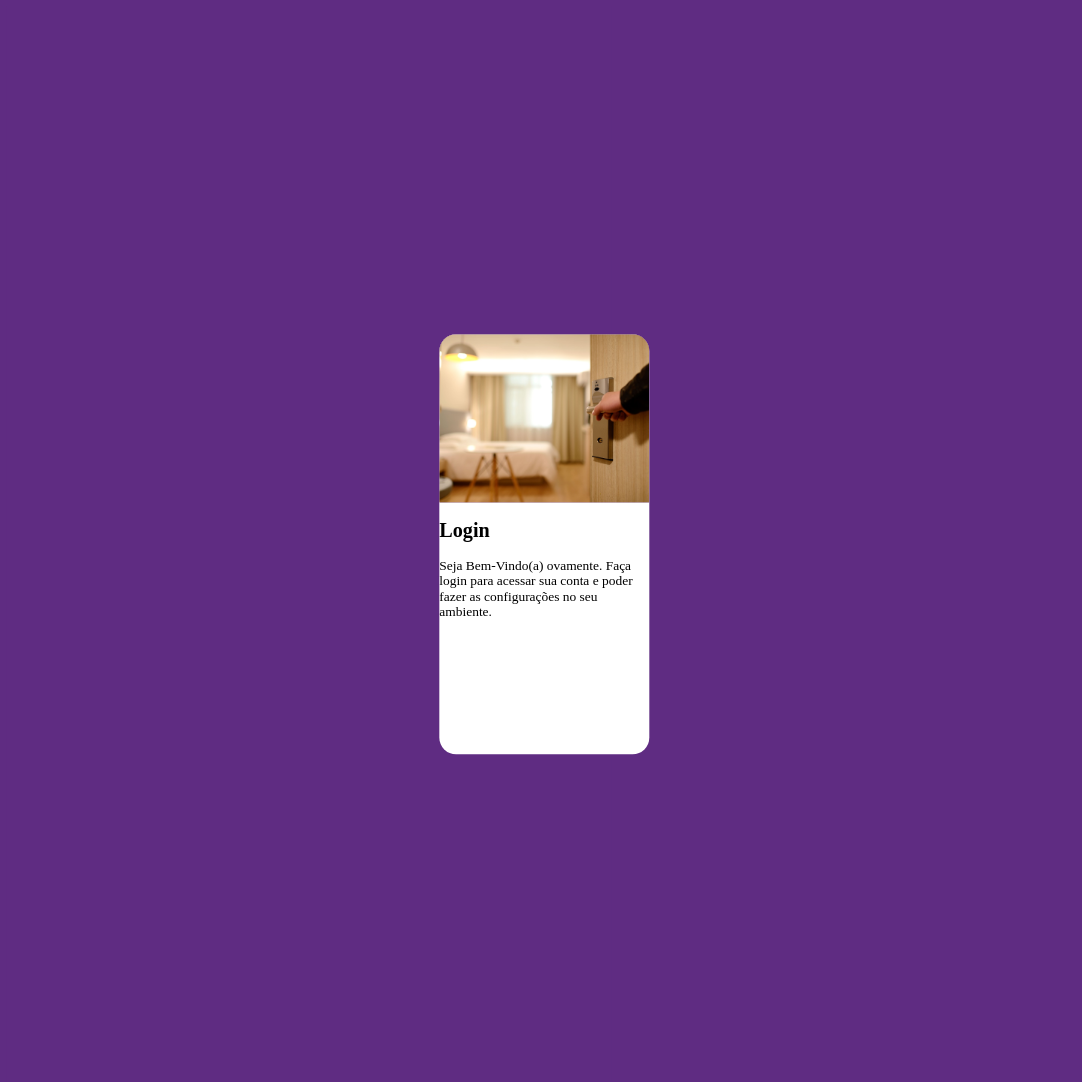
Repository: Guillermomarcon/Projeto-Login
Page: index.html
These files come from the project's save history. The page is drawn as it stood at one moment and after a run of saves; the edit follows.
The browser window is 1280 px wide. The page is 1288 px wide, so the pictures cover 1288 px, including what lies to the right of the window. The pictures show the whole page, at 84% of full size.

Above is the page before, as saved 2022-09-03 14:17:10.

After the next 6 saves:
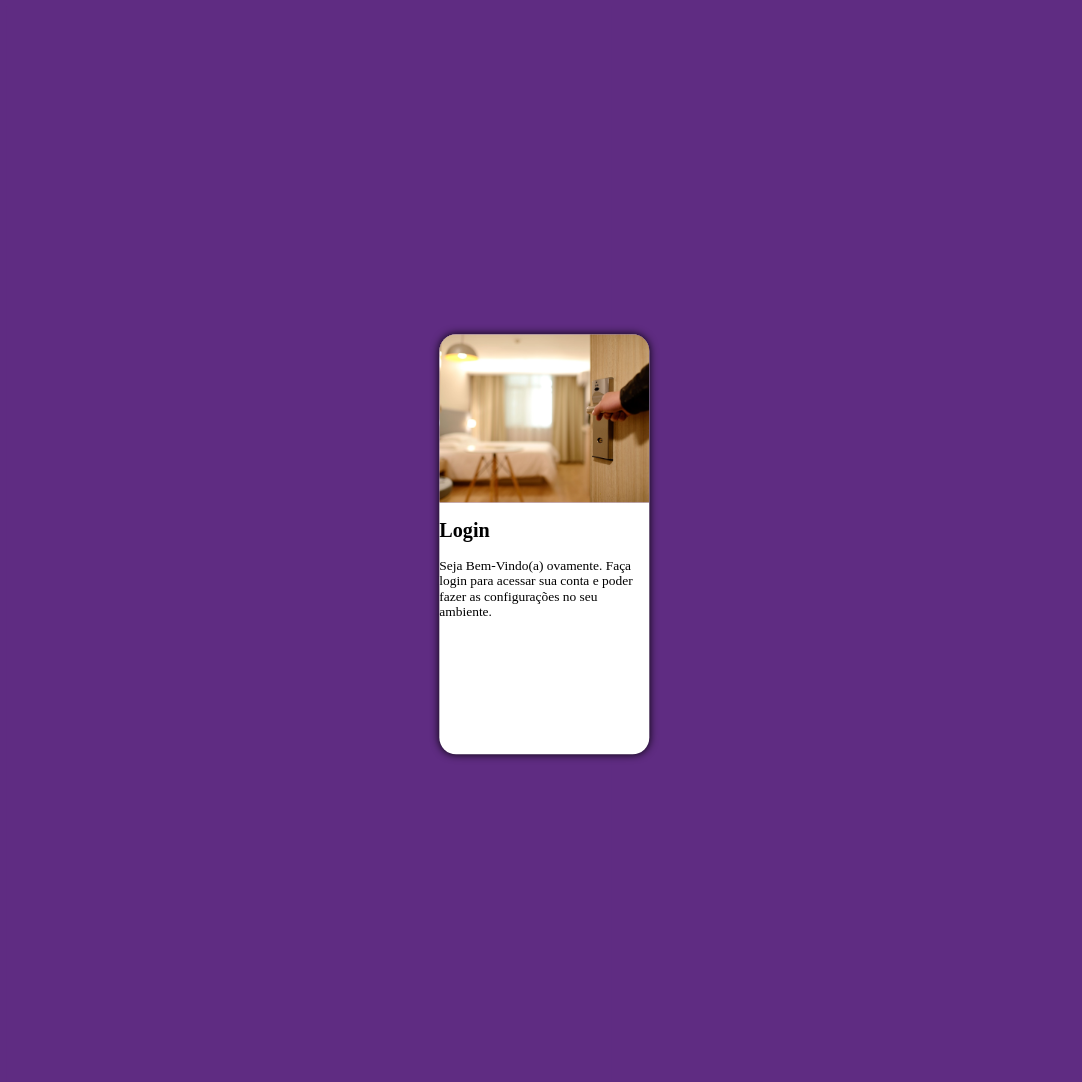
The 6 saves are shown as one change because they came seconds apart.
The last was saved 14 s later.
--- a/estilos/style.css
+++ b/estilos/style.css
@@ -36,7 +36,7 @@ section#login {
     height: 500px;
     border-radius: 20px;
     overflow: auto;
-    box-shadow: ;
+    box-shadow: 0px 0px 10px black;
 
 }
 
